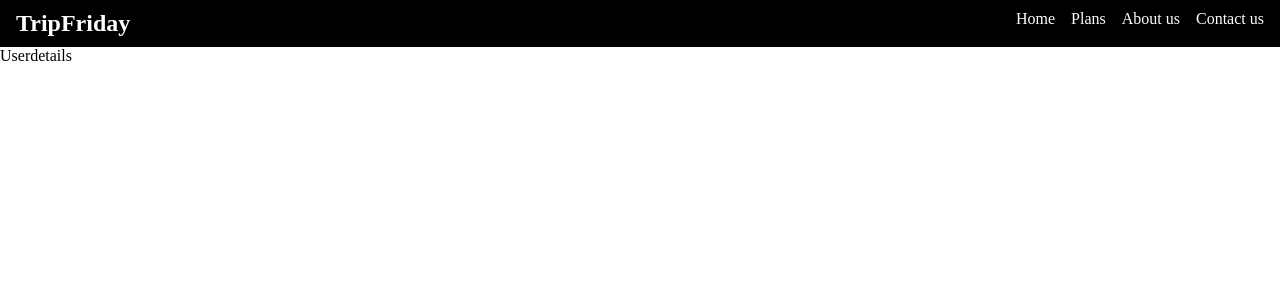
Repository: suraj-yadav7/userprofile
Page: /userdetails
An editor plug-in stored every save of this project. The page is shown before and after the next save, followed by the edit.
The browser window is 1280 px wide. The pictures show the whole page.
The project was rebuilt for these pictures with package versions that can differ from the ones it lists, and the page was loaded fresh each time. Also part of the build but not shown: src/components/UserProfile.jsx.

Above is the page before, as saved 2023-05-03 12:00:19.

### src/App.js
import './App.scss';
import UserProfile from './components/UserProfile';
import UserDetails from './components/UserDetails';
import { BrowserRouter as Router, Routes, Route } from 'react-router-dom';
import Header from './components/Header';


function App() {
  return (
    <>
    <Router>
      <Header />
      <Routes>
        <Route exact path='/' element={<UserProfile/>} />
        <Route exact path='/userdetails' element={<UserDetails/> } />
      </Routes>
    </Router>
    </>
  );
}

export default App;

### src/App.scss
*{
padding: 0;
margin: 0;
box-sizing: border-box;
}
nav{
    display: flex;
    justify-content:space-between;
    padding: 10px 1rem;
    background-color: black;
    color: white;
    >div>ul{
        display: flex;
        list-style: none;
        gap: 1rem;
    }
}

### src/components/UserDetails.jsx
import React from 'react'

const UserDetails = () => {
  return (
  <>
  Userdetails
  </>
  )
}

export default UserDetails

### src/components/Header.jsx
import React from 'react'

const Header = () => {
  return (
  <>
  <nav>
<h1>TripFriday</h1>
<div>
    <ul>
        <li>Home</li>
        <li>Plans</li>
        <li>About us</li>
        <li>Contact us</li>
    </ul>
</div>
</nav>
  </>
  )
}

export default Header

### src/assests/userProfile.scss
@import "./color.scss";

nav{
    display: flex;
    justify-content:space-between;
    padding: 10px 1rem;
    background-color: black;
    color: white;
    >div>ul{
        display: flex;
        list-style: none;
        gap: 1rem;
    }
}

### src/assests/color.scss
$primary-color: #0f171e;
$secondary-color: #1a242f;
$font-primary:#ffff;
$font-secondary: #79b8f3;

Loaded but not shown: public/index.html (common file); src/index.js (common file)

After the next save:
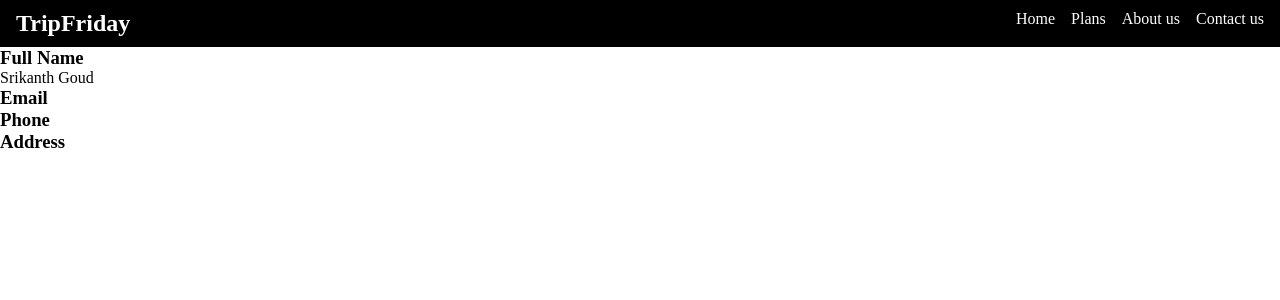
Saved 7 min 24 s later.
--- a/src/components/UserDetails.jsx
+++ b/src/components/UserDetails.jsx
@@ -3,7 +3,14 @@ import React from 'react'
 const UserDetails = () => {
   return (
   <>
-  Userdetails
+ <div className='details'>
+  <div className='sub1'>
+    <h3>Full Name</h3> <span>Srikanth Goud</span>
+    <h3>Email</h3>
+    <h3>Phone</h3>
+    <h3>Address</h3>
+  </div>
+ </div>
   </>
   )
 }
